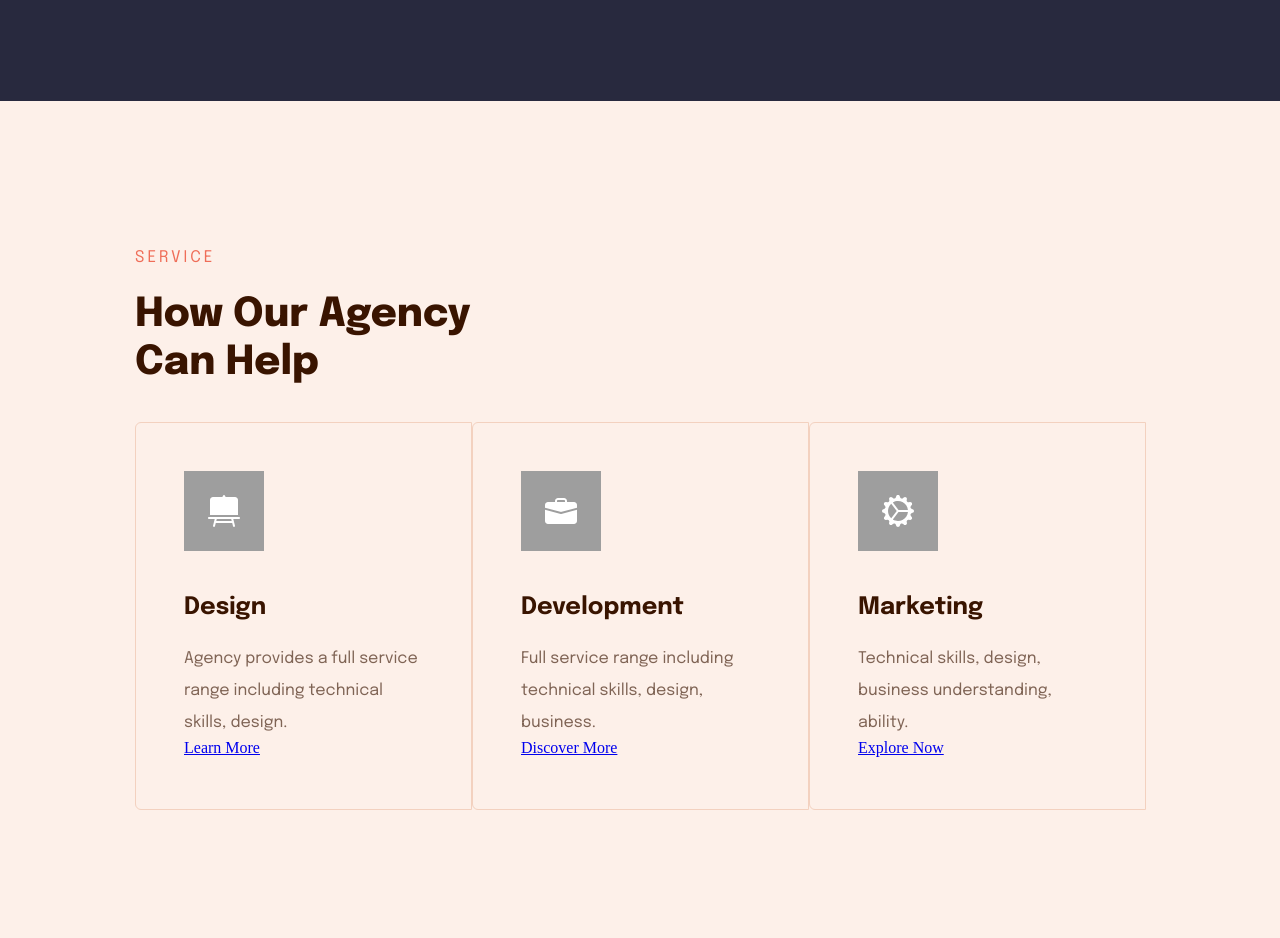
Repository: NatiqSamiyev/image-task
Page: index.html
The author's editor kept a copy of each file at every save. The page is drawn from the files as they stood at one save, then again after the next save.
The browser window is 1280 px wide. The pictures show the part of the page from y = 1336 to 2288 px (the page is 2274 px tall before and 2288 px after).
Pictures or frames that could not be fetched are drawn as grey boxes.

Above is the page before, as saved 2023-08-23 15:11:24.

### index.html
<!DOCTYPE html>
<html lang="en">
  <head>
    <meta charset="UTF-8" />
    <meta name="viewport" content="width=device-width, initial-scale=1.0" />
    <title>Document</title>
    <link rel="stylesheet" href="index.css" />
  </head>
  <body>
    <div class="container">
      <div id="page-1">
        <h1>Portfolio</h1>
        <h2>Latest Work</h2>

        <nav>
          <ul>
            <li>
              <a href="#">Show All</a>
              <p>14</p>
            </li>
            <li>
              <a href="#">Design</a>
              <p>6</p>
            </li>
            <li>
              <a href="#">Branding</a>
              <p>4</p>
            </li>
            <li>
              <a href="#">Illustration</a>
              <p>3</p>
            </li>
            <li>
              <a href="#">Motion</a>
              <p>1</p>
            </li>
          </ul>
        </nav>

        <div class="image-box">
          <div class="box-1">
            <div class="left">
              <img
                src="https://images.unsplash.com/photo-1605365070248-299a182a2ca6?ixlib=rb-4.0.3&ixid=M3wxMjA3fDB8MHxzZWFyY2h8MTF8fGNvdWNofGVufDB8fDB8fHww&w=1000&q=80"
                alt=""
              />
              <button>Design</button>
              <p>SOFA</p>
            </div>
            <div class="right">
              <img
                src="https://encrypted-tbn0.gstatic.com/images?q=tbn:ANd9GcRcj9OasnMoc-lGpTAOWO39NXB7dLMMJMDkmA&usqp=CAU"
                alt=""
              />
              <button>Branding</button>
              <p>KeyBoard</p>
            </div>
          </div>
          <div class="box-2">
            <div class="left">
              <img
                src="https://www.socialpilot.co/wp-content/uploads/2021/02/pasted-image-0.png"
                alt=""
              />
              <button>Illustration</button>
              <p>Work Media</p>
            </div>

            <div class="right">
              <img
                src="https://www.dogstrolldaycare.co.uk/themes/black/images/daycare-puppies.jpg"
                alt=""
              />
              <button>Motion</button>
              <p>DDDone</p>
            </div>
          </div>
        </div>

        <div class="bottom-container">
          <button>Explore More</button>
        </div>
      </div>

      <div id="page-2">
        <h1>Service</h1>

        <h2>
          How Our Agency <br />
          Can Help
        </h2>

        <ul>
          <li>
            <div class="image-box">
              <img src="./image/Oval.svg" alt="" />
              <img class="image" src="./image/Combined Shape.svg" alt="" />
            </div>

            <h3>Design</h3>
            <p>
              Agency provides a full service range including technical skills,
              design.
            </p>
            <a href="#">Learn More</a>
          </li>

          <li>
            <div class="image-box">
              <img src="./image/Oval.svg" alt="" />
              <img class="image" src="./image/Combined Shape (1).svg" alt="" />
            </div>

            <h3>Development</h3>
            <p>
              Full service range including technical skills, design, business.
            </p>
            <a href="#">Discover More</a>


          </li>

          <li>
            <div class="image-box">
              <img src="./image/Oval.svg" alt="" />
              <img class="image" src="./image/Shape.svg" alt="" />
            </div>

            <h3>Marketing</h3>
            <p>Technical skills, design, business understanding, ability.</p>
          <a href="#">Explore Now</a>

          </li>
        </ul>
      </div>
    </div>

  </body>
</html>

### index.css
@import url("https://fonts.googleapis.com/css2?family=Epilogue:wght@400;700;800&family=Roboto+Slab:wght@700&family=Roboto:wght@400;700&display=swap");
* {
  margin: 0;
  padding: 0;
  box-sizing: border-box;
}

#page-1 {
  width: 100%;
  padding: 92px 135px 117px 135px;
  background-color: #28293e;
  min-height: 100vh;
}

#page-1 h1 {
  color: var(--text-light-accent, #ef6d58);
  text-align: center;
  font-feature-settings: "clig" off, "liga" off;
  font-family: Epilogue;
  font-size: 16px;
  font-style: normal;
  font-weight: 400;
  line-height: 32px;
  letter-spacing: 3px;
  text-transform: uppercase;
}

#page-1 h2 {
  margin-top: 20px;
  color: var(--text-light, #fff);
  text-align: center;
  font-feature-settings: "clig" off, "liga" off;
  font-family: Epilogue;
  font-size: 56px;
  font-style: normal;
  font-weight: 800;
  line-height: 64px;
  letter-spacing: -1px;
}

#page-1 ul {
  display: flex;
}

#page-1 ul li {
  display: flex;
  list-style-type: none;
  margin-right: 50px;
}

nav {
  margin-top: 36px;
  margin-bottom: 68px;
  display: flex;
  justify-content: center;
}

#page-1 ul li a {
  color: var(--text-light, #fff);
  font-feature-settings: "clig" off, "liga" off;
  font-family: Epilogue;
  font-size: 16px;
  font-style: normal;
  font-weight: 400;
  line-height: 32px;
  text-decoration: none;
}

#page-1 ul li p {
  color: var(--text-light-gray, rgba(255, 255, 255, 0.64));
  text-align: center;
  font-feature-settings: "clig" off, "liga" off;
  font-family: Epilogue;
  font-size: 14px;
  font-style: normal;
  font-weight: 400;
}

#page-1 .box-1 {
  display: flex;
  justify-content: space-between;
}
#page-1 .image-box .left {
  width: 45%;
  height: 416px;
  position: relative;
}

#page-1 .image-box .left img {
  width: 100%;
  height: 416px;
}
#page-1 .image-box .right {
  width: 54%;
  height: 416px;
  margin-left: 30px;
  position: relative;
  background-color: red;
}
#page-1 .image-box .right img {
  width: 100%;
  height: 416px;
}

#page-1 .image-box img {
  width: 100%;
  height: 100%;
}
#page-1 .image-box button {
  color: var(--text-dark, #391400);
  font-feature-settings: "clig" off, "liga" off;
  font-family: Epilogue;
  font-size: 16px;
  font-style: normal;
  font-weight: 400;
  line-height: 32px;
  border-radius: 19px;
  background: #fff;
  border: none;
  position: absolute;
  bottom: 122px;
  left: 48px;
}

#page-1 .image-box .box-1 .left button {
  width: 84px;
  height: 38px;
  display: flex;
  justify-content: center;
  align-items: center;
}

#page-1 .image-box .box-1 .right button {
  width: 102px;
  height: 38px;
  display: flex;
  justify-content: center;
  align-items: center;
}

#page-1 .image-box .box-2 .left button {
  width: 116px;
  height: 38px;
  display: flex;
  justify-content: center;
  align-items: center;
}

#page-1 .image-box .box-2 .right button {
  width: 86px;
  height: 38px;
  display: flex;
  justify-content: center;
  align-items: center;
}
#page-1 .image-box p {
  color: var(--text-light, #fff);
  font-feature-settings: "clig" off, "liga" off;
  font-family: Epilogue;
  font-size: 40px;
  font-style: normal;
  font-weight: 800;
  line-height: 48px;
  position: absolute;
  left: 48px;
  bottom: 51px;
}

.box-2 {
  margin-top: 32px;
  width: 100%;
  height: 100%;

  display: flex;
  justify-content: space-between;
  position: relative;
}

.box-2 .left {
  width: 54%;
  height: 416px;
}
.box-2 .right {
  width: 45%;
  height: 416px;
}
.box-2 img {
  width: 100%;
  height: 100%;
}

.bottom-container {
  margin-top: 64px;
  display: flex;
  justify-content: center;
}

.bottom-container button {
  width: 170px;
  height: 48px;
  border-radius: 6px;
  border: 1px solid rgba(255, 255, 255, 0.3);
  background: #28293e;
  color: #fff;
  text-align: center;
  font-family: Epilogue;
  font-size: 14px;
  font-style: normal;
  font-weight: 900;
  line-height: normal;
  text-transform: uppercase;
}
/* page-2 design */
#page-2 {
  width: 100%;
  padding: 141px 134px 128px 135px;
  background: #fdf0e9;
}

#page-2 h1 {
  color: var(--text-dark-accent, #ef6d58);
  font-feature-settings: "clig" off, "liga" off;
  font-family: Epilogue;
  font-size: 16px;
  font-style: normal;
  font-weight: 400;
  line-height: 32px;
  letter-spacing: 3px;
  text-transform: uppercase;
}

#page-2 h2 {
  margin-top: 17px;
  color: var(--text-dark, #391400);
  font-feature-settings: "clig" off, "liga" off;
  font-family: Epilogue;
  font-size: 40px;
  font-style: normal;
  font-weight: 800;
  line-height: 48px;
}

#page-2 ul {
  display: flex;
  margin-top: 35px;
}

#page-2 ul li {
  width: 391px;
  padding: 48px 48px 52px 48px;
  list-style-type: none;
  border-radius: 6px 0px 0px 6px;
  border: 1px solid #f3d1bf;
  position: relative;
}
#page-2 ul li .image-box {
  position: relative;
  width: 80px;
  height: 80px;
}
#page-2 ul li img {
  width: 80px;
  height: 80px;
}

#page-2 ul li .image {
  width: 32px;
  height: 32px;
  fill: #fff;
  position: absolute;
  left: 50%;
  top: 50%;
  transform: translate(-50%, -50%);
}

#page-2 ul li h3 {
  margin-top: 41px;
  color: var(--text-dark, #391400);
  font-feature-settings: "clig" off, "liga" off;
  font-family: Epilogue;
  font-size: 24px;
  font-style: normal;
  font-weight: 700;
  line-height: 32px;
}

#page-2 ul li p {
  margin-top: 19px;
  color: var(--text-dark-gray, rgba(57, 20, 0, 0.64));
  font-feature-settings: "clig" off, "liga" off;
  font-family: Epilogue;
  font-size: 16px;
  font-style: normal;
  font-weight: 400;
  line-height: 32px;
}

#page-2 ul li h4 {
  margin-top: 26px;
  color: var(--text-dark, #391400);
  font-feature-settings: "clig" off, "liga" off;
  font-family: Epilogue;
  font-size: 16px;
  font-style: normal;
  font-weight: 400;
  line-height: 32px;
}

After the next save:
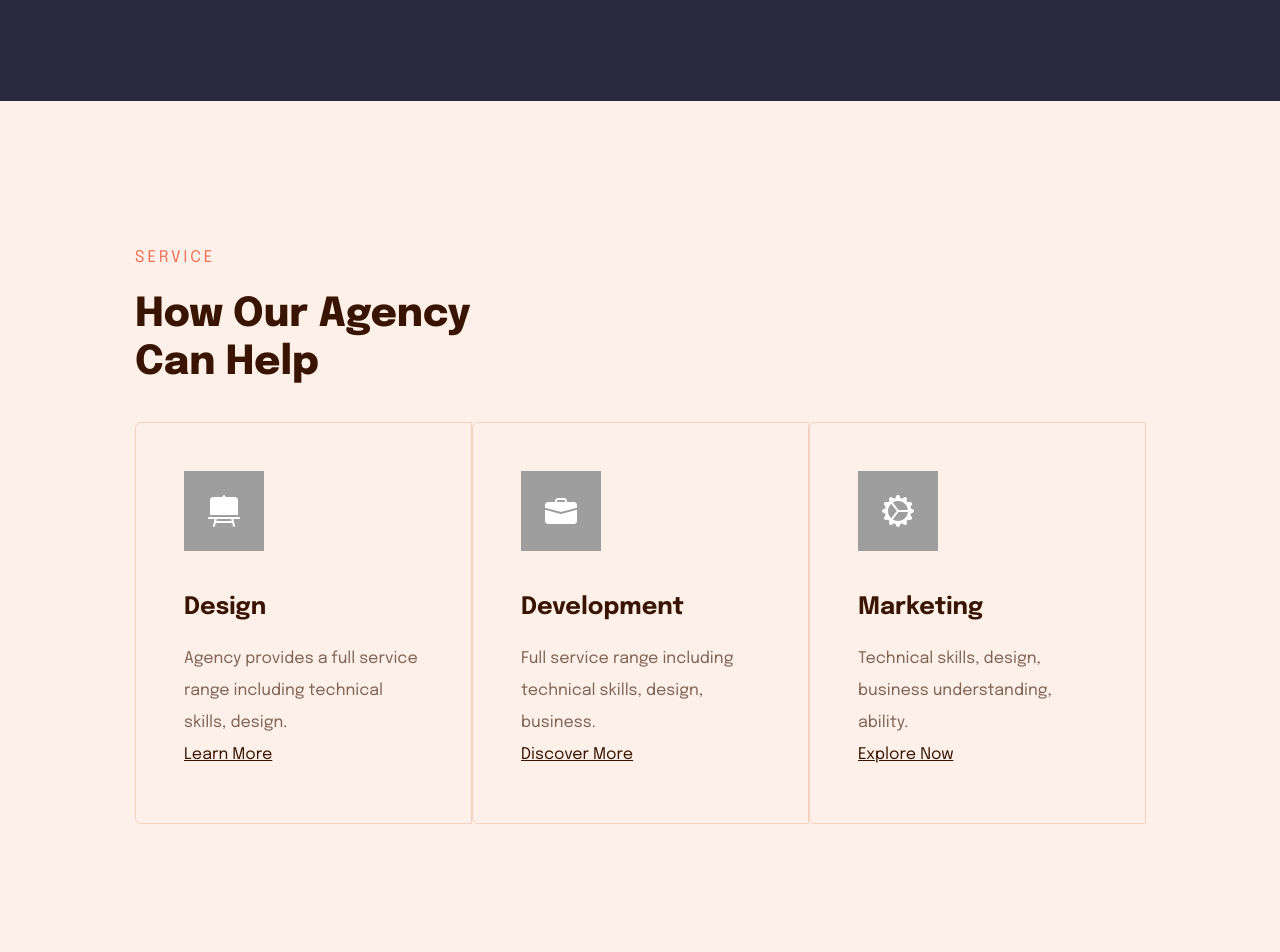
Saved 2 s later.
--- a/index.css
+++ b/index.css
@@ -295,7 +295,7 @@ nav {
   line-height: 32px;
 }
 
-#page-2 ul li h4 {
+#page-2 ul li a {
   margin-top: 26px;
   color: var(--text-dark, #391400);
   font-feature-settings: "clig" off, "liga" off;
